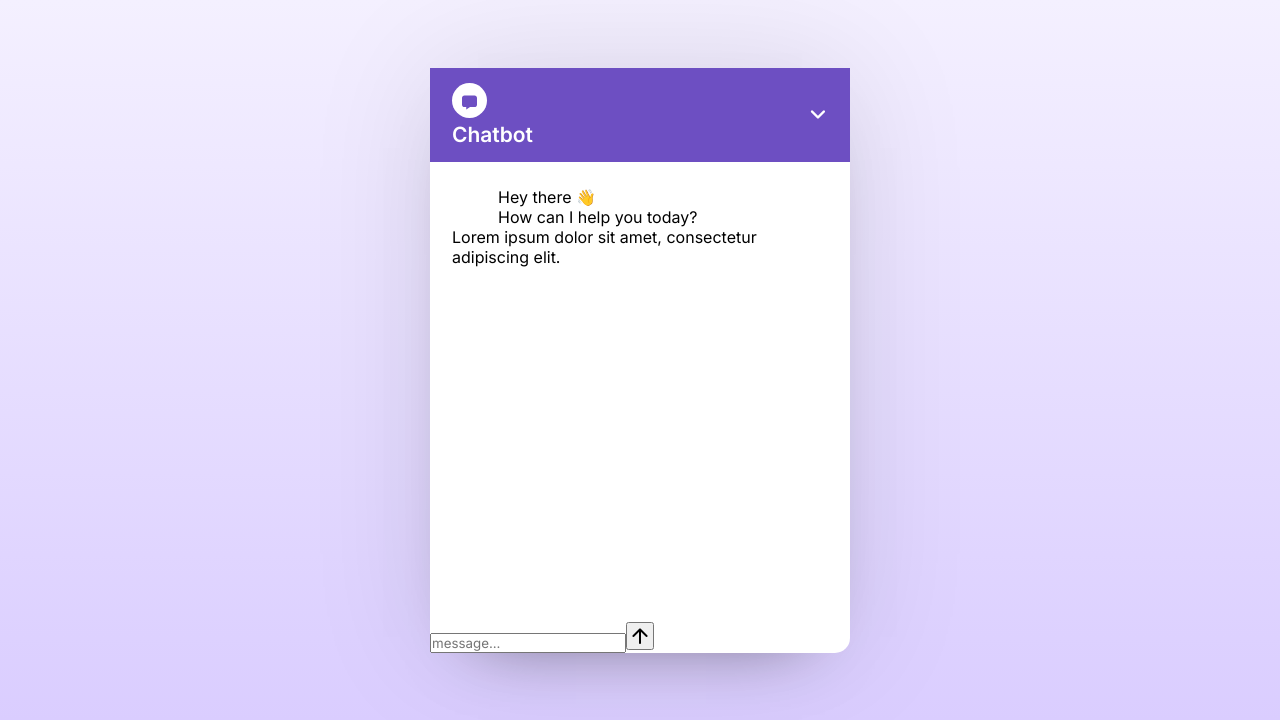
Repository: gogg23/chatbot
Page: / (app in chatbot/)
The author's editor kept a copy of each file at every save. The page is drawn from the files as they stood at one save, then again after the next save.
The browser window is 1280 px wide. The pictures show the whole page.
The project was rebuilt for these pictures with package versions that can differ from the ones it lists, and the page was loaded fresh each time. Also part of the build but not shown: chatbot/vite.config.js.

Above is the page before, as saved 2025-01-17 10:59:09.

### chatbot/index.html
<!DOCTYPE html>
<html lang="en">
  <head>
    <meta charset="UTF-8" />
    <link rel="icon" type="image/svg+xml" href="/vite.svg" />
    <meta name="viewport" content="width=device-width, initial-scale=1.0" />
    <title>Chatbot in ReactJS</title>
    <!--Linking google Fonts for Icons-->
    <link
      href="https://fonts.googleapis.com/css2?family=Material+Symbols+Rounded"
      rel="stylesheet"
    />
  </head>
  <body>
    <div id="root"></div>
    <script type="module" src="/src/main.jsx"></script>
  </body>
</html>

### chatbot/src/index.css
/*Importing Google Fonts - Inter*/
@import url('https://fonts.googleapis.com/css2?family=Inter:ital,opsz,wght@0,14..32,100..900;1,14..32,100..900&display=swap');

* {
  margin: 0;
  padding: 0;
  box-sizing: border-box;
  font-family: 'Inter', sans-serif;
}

body {
  width: 100%;
  display: flex;
  align-items: center;
  justify-content: center;
  min-height: 100vh;
  background: linear-gradient(#f4f0ff, #dacdff);
}

.chatbot-popup {
  width: 420px;
  background: #fff;
  border-radius: 15px;
  box-shadow: 0 0 128px 0 rgba(0, 0, 0, 0.1),
    0 32px 64px -48px rgba(0, 0, 0, 0.5);
}

.chatbot-popup .chat-header {
  display: flex;
  padding: 15px 22px;
  align-items: center;
  justify-content: space-between;
  background: #6d4fc2;
}

.chatbot-header .header-info {
  display: flex;
  gap: 10px;
  align-items: center;
}

.header-info svg {
  height: 35px;
  width: 35px;
  padding: 6px;
  flex-shrink: 0;
  fill: #6d4fc2;
  background: #fff;
  border-radius: 50%;
}

.header-info .logo-text {
  color: #fff;
  font-size: 1.31rem;
  font-weight: 600;
}

.chat-header button {
  height: 40px;
  width: 40px;
  border: none;
  outline: none;
  color: #fff;
  cursor: pointer;
  font-size: 1.9rem;
  padding-top: 2px;
  border-radius: 50%;
  margin-right: -10px;
  background: none;
  transition: 0.2s ease;
}
.chat-header button:hover {
  background: #593bab;
}
.chat-body {
  padding: 25px 22px;
  height: 460px;
  overflow-y: auto;
}

.chat-body .message {
  display: flex;
  gap: 11px;
  align-items: center;
}

.chat-body .bot-message svg {
  height: 35px;
  width: 35px;
  padding: 6px;
  flex-shrink: 0;
  fill: #fff;
  background: #fff;
  border-radius: 50%;
}

### chatbot/src/App.jsx
import ChatbotIcon from './components/ChatbotIcon';

const App = () => {
  return (
    <div className='container'>
      <div className='chatbot-popup'>
        {/*Chatbot Header*/}
        <div className='chat-header'>
          <div className='header-info'>
            <ChatbotIcon />
            <h2 className='logo-text'>Chatbot</h2>
          </div>
          <button className='material-symbols-rounded'>
            keyboard_arrow_down
          </button>
        </div>
        {/*Chatbot Body*/}
        <div className='chat-body'>
          <div className='message bot-message'>
            <ChatbotIcon />
            <p className='message-text'>
              Hey there 👋
              <br />
              How can I help you today?
            </p>
          </div>
          <div className='message user-message'>
            <p className='message-text'>
              Lorem ipsum dolor sit amet, consectetur adipiscing elit.
            </p>
          </div>
        </div>
        {/*Chatbot Footer*/}
        <div className='chat-footer'>
          <form action='#' className='chat-form'></form>
          <input
            type='text'
            placeholder='message...'
            className='message-input'
            required
          />
          <button className='material-symbols-rounded'>arrow_upward</button>
        </div>
      </div>
    </div>
  );
};

export default App;

### chatbot/src/components/ChatbotIcon.jsx
const ChatbotIcon = () => {
  return (
    <svg
      xmlns='http://www.w3.org/2000/svg'
      width='50'
      height='50'
      viewBox='0 0 1024 1024'
    >
      <path
        d='M738.3 287.6H285.7c-59 0-106.8
      47.8-106.8 106.8v303.1c0 59 47.8 106.8 106.8 106.8h81.5v111.1c0
      .7.8 1.1 1.4.7l166.9-110.6 41.8-.8h117.4l43.6-.4c59
      0 106.8-47.8 106.8-106.8V394.5c0-59-47.8-106.9-106.8-106.9zM351
      .7 448.2c0-29.5 23.9-53.5 53.5-53.5s53.5 23.9 53.5 53.5-23.9
      53.5-53.5 53.5-53.5-23.9-53.5-53.5zm157.9 267.1c-67.8 0-123.8-47
      .5-132.3-109h264.6c-8.6 61.5-64.5 109-132.3 109zm110-213.7c-29.5
      0-53.5-23.9-53.5-53.5s23.9-53.5 53.5-53.5 53.5 23.9 53.5 53.5-23.9
      53.5-53.5 53.5zM867.2 644.5V453.1h26.5c19.4 0 35.1 15.7 35.1 35.1v121.1c0
      19.4-15.7 35.1-35.1 35.1h-26.5zM95.2 609.4V488.2c0-19.4 15.7-35.1
      35.1-35.1h26.5v191.3h-26.5c-19.4 0-35.1-15.7-35.1-35.1zM561.5 149.6c0 23.4-15.6
      43.3-36.9 49.7v44.9h-30v-44.9c-21.4-6.5-36.9-26.3-36.9-49.7 0-28.6 23.3-51.9 51.9-51.9s51.9
      23.3 51.9 51.9z'
      />
    </svg>
  );
};

export default ChatbotIcon;

Loaded but not shown: chatbot/src/main.jsx (common file)

After the next save:
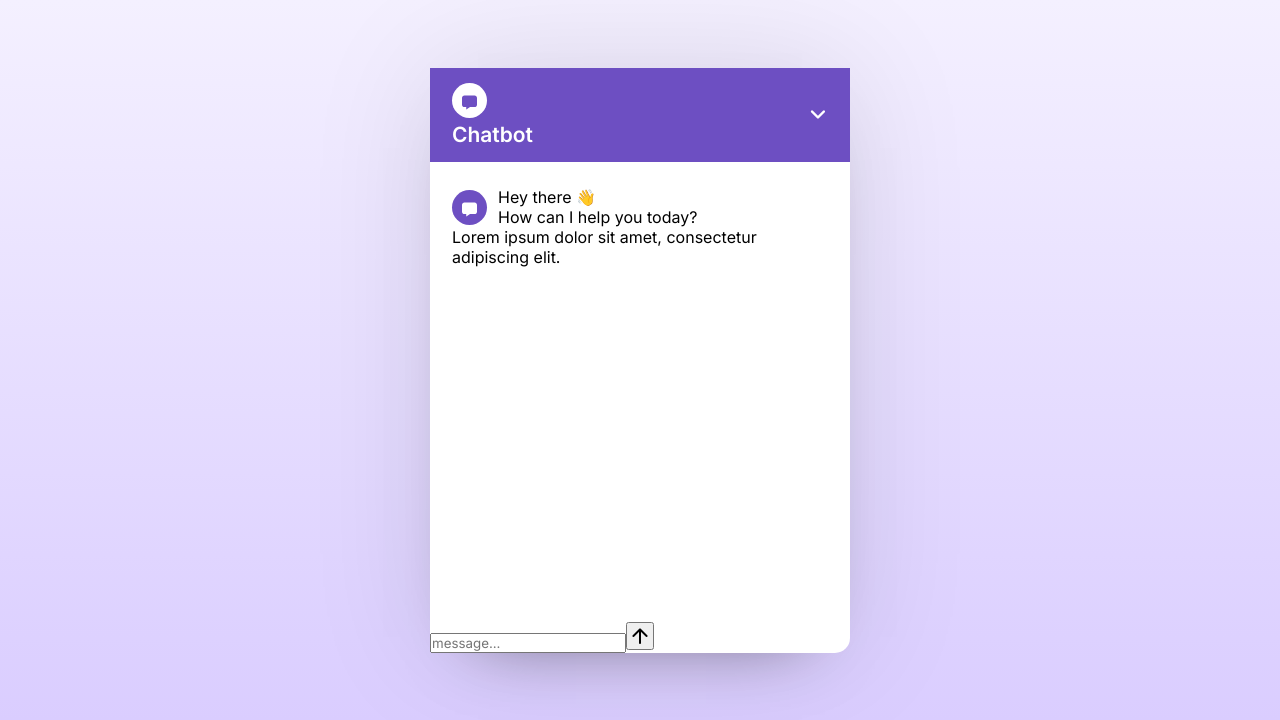
Saved 11 min 38 s later.
--- a/chatbot/src/index.css
+++ b/chatbot/src/index.css
@@ -90,6 +90,8 @@ body {
   padding: 6px;
   flex-shrink: 0;
   fill: #fff;
-  background: #fff;
+  align-self: flex-end;
+  margin-bottom: 2px;
+  background: #6d4fc2;
   border-radius: 50%;
 }
